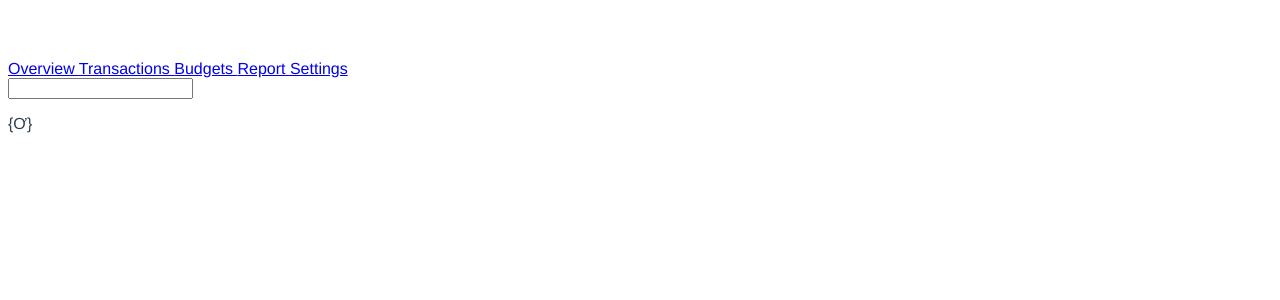
Repository: bxTruong/project7-jsonserver-router
Page: /
These files come from the project's save history. The page is drawn as it stood at one moment and after the next save; the edit follows.
The browser window is 1280 px wide. The pictures show the whole page.
The project was rebuilt for these pictures with package versions that can differ from the ones it lists, and the page was loaded fresh each time. Also part of the build but not shown: vue.config.js, src/pages/transactions.vue, src/pages/transaction-detail.vue, src/pages/not-found.vue.

Above is the page before, as saved 2023-01-05 08:12:54.

### src/main.js
import { createApp } from 'vue'
import App from './App.vue'
import router from "./router";

createApp(App).use(router).mount('#app')

### src/App.vue
<template>
  <Nav/>
  <router-view/>
</template>

<script>
import Nav from "./components/Nav.vue";

export default {
  name: 'App',
  components: {
    Nav
  }
}
</script>

<style>
#app {
  font-family: Avenir, Helvetica, Arial, sans-serif;
  color: #2c3e50;
  margin-top: 60px;
}
</style>

### src/router.js
import { createRouter, createWebHistory } from "vue-router";
import Home from "./pages/home.vue";
import Transactions from "./pages/transactions.vue";
import TransactionDetail from "./pages/transaction-detail.vue";
import NotFound from "./pages/not-found.vue";

const routes = [
    { path: "/", name: "home-route", component: Home },
    { path: "/transactions", name: "transactions-route", component: Transactions },
    { path: "/transactions/:id", name: "transaction-detail-route", component: TransactionDetail },
    { path: "/ts", name: "ts-route", redirect: "/transactions" },
    { path: '/:pathMatch(.*)*', name: 'not-found', component: NotFound },
]

const router = createRouter({
    history: createWebHistory(process.env.BASE_URL),
    routes
})


export default router;

### src/components/Nav.vue
<template>

    <nav class="nav">
        <router-link :to="{name: 'home-route'}"> Overview </router-link>
        <router-link :to="{name: 'transactions-route'}"> Transactions </router-link>
        <router-link to="/"> Budgets </router-link>
        <router-link to="/"> Report </router-link>
        <router-link to="/"> Settings </router-link>
    </nav>

</template>

### src/pages/home.vue
<template>
    <!-- <h1>{{ firstName }}</h1>
    <h2>{{ secondName }}</h2>
    <h3>{{ car }}</h3>
    <button @click="onChangeSomething">Click me</button> -->
<input type="text" v-model="searchText">
<ul>
    <li v-for="item in fruitSelected" :key="item">
    <p>{{ item }}</p>
    </li>
</ul>
<p> {Ơ} </p>
</template>

<script>
import {computed, reactive, ref, watch, watchEffect} from "vue";
export default {
    // setup(){
    //     const firstName = ref("Sky Albert");
    //     const secondName = ref({
    //         name:"Who",
    //         something:"NA"
    //     });
    //     let car = reactive({
    //         price: 10000,
    //         name:"May back"
    //     });

    //     function onChangeSomething(){
    //         car = {
    //             price: 55555,
    //             name: "Porsche"
    //         }

    //         secondName.value = {
    //             name:"I'm",
    //             something:"Here"
    //         }

    //         firstName.value = "David John";
    //     }

    //     return {firstName, secondName, car, onChangeSomething};
    // }

    setup(){
        const searchText = ref("");
        let fruits = reactive(["Apple","Orange","Mango","Lemon","Kiwi"]);
        const fruitSelected = computed(()=> fruits.filter((e2)=>e2.toLowerCase().includes(searchText.value.toLowerCase())));

        watch(searchText,(newValue, oldValue)=>console.log("newValue",newValue + oldValue));

        watchEffect(()=>{if(searchText.value) {console.log("run watchEffect")}});

        return {fruits, searchText, fruitSelected}
    },

    setup(){
        const setUp2=ref("This is setup 2");
        function changeSetUp2(){
            setUp2.value='New value setUp2'
        }

        return { setUp2, changeSetUp2};

    }
}
</script>

Loaded but not shown: public/index.html (common file)

After the next save:
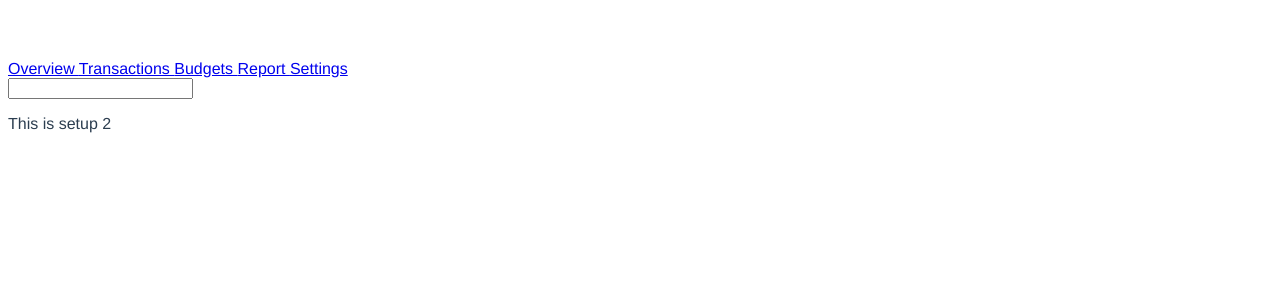
Saved 5 s later.
--- a/src/pages/home.vue
+++ b/src/pages/home.vue
@@ -9,7 +9,7 @@
     <p>{{ item }}</p>
     </li>
 </ul>
-<p> {Ơ} </p>
+<p> {{setUp2}} </p>
 </template>
 
 <script>
